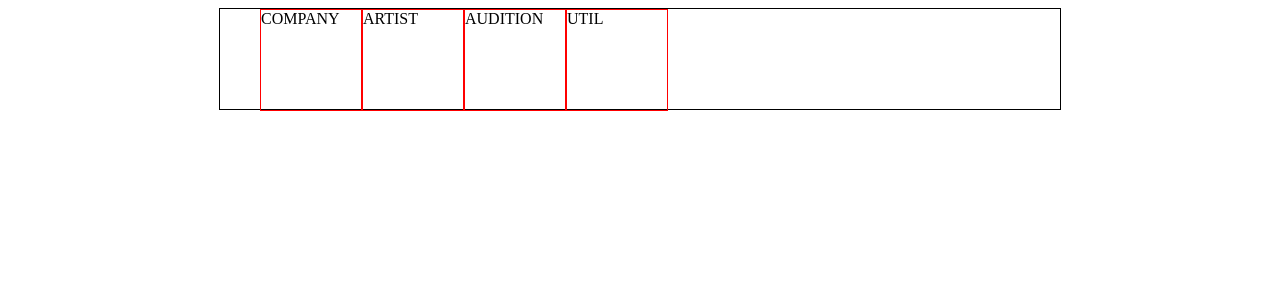
Repository: lbj0314/webTest
Page: Html_ex1/WebContent/tmp/menu.html
An editor plug-in stored every save of this project. The page is shown before and after the next save, followed by the edit.
The browser window is 1280 px wide. The pictures show the whole page.

Above is the page before, as saved 2019-10-17 03:05:42.

### Html_ex1/WebContent/tmp/menu.html
<!DOCTYPE html>
<html>
<head>
<meta charset="UTF-8">
<title>Insert title here</title>
<style type="text/css">
ul{
width: 800px;
height: 100px;
border: 1px solid black;
margin: 0 auto;
}

li{
float: left;
border: 1px solid red;
width: 100px;
height: 100px;

list-style: none;
}
</style>

</head>
<body>
	<ul>
		<li>COMPANY</li>
		<li>ARTIST</li>
		<li>AUDITION</li>
		<li>UTIL</li>
	</ul>
</body>
</html>

After the next save:
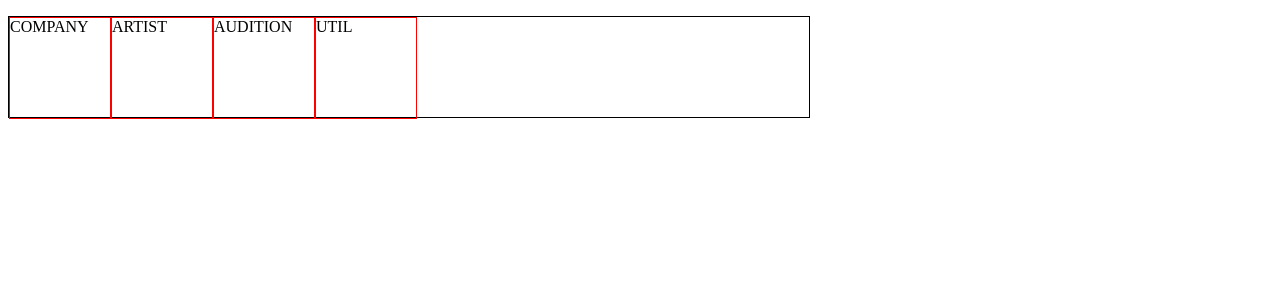
Saved 16 s later.
--- a/Html_ex1/WebContent/tmp/menu.html
+++ b/Html_ex1/WebContent/tmp/menu.html
@@ -8,7 +8,7 @@ ul{
 width: 800px;
 height: 100px;
 border: 1px solid black;
-margin: 0 auto;
+padding: 0;
 }
 
 li{
